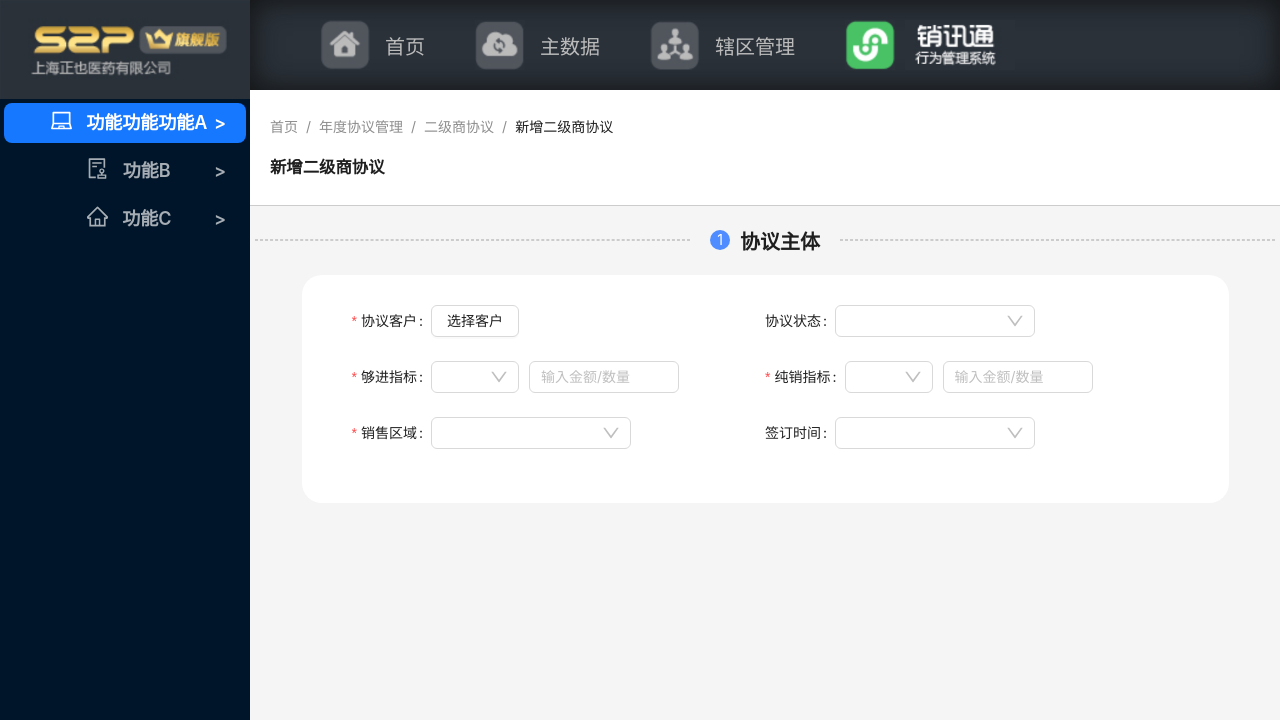
Repository: XiChips/questionB
Page: /
The author's editor kept a copy of each file at every save. The page is drawn from the files as they stood at one save, then again after the next save.
The browser window is 1280 px wide. The pictures show the whole page.
The project was rebuilt for these pictures with package versions that can differ from the ones it lists, and the page was loaded fresh each time. Also part of the build but not shown: vue.config.js.

Above is the page before, as saved 2024-02-28 12:13:02.

After the next save:
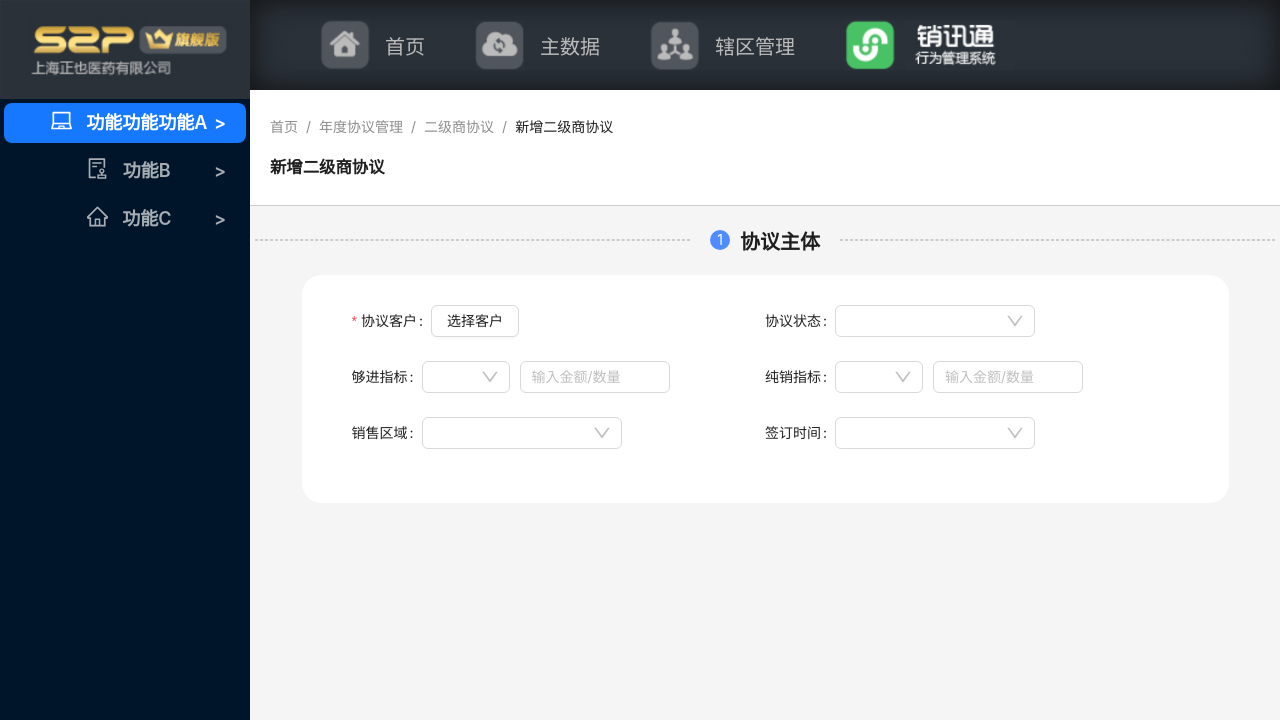
Saved 2 min 17 s later.
--- a/src/views/home.vue
+++ b/src/views/home.vue
@@ -63,17 +63,17 @@
                   </a-form-item>
                 </div>
                 <div class="line2">
-                  <a-form-item label="够进指标" :rules="[{ required: true}]">
+                  <a-form-item label="够进指标">
                     <a-select v-model:value="inputs.value3" placeholder="" style="width: 88px" :options="options3" :filter-option="filterOption" @focus="handleFocus" @blur="handleBlur" @change="handleChange"></a-select>
                     <a-input v-model:value="inputs.value3" placeholder="输入金额/数量" style="width: 150px;margin-left: 10px;"></a-input>
                   </a-form-item>
-                  <a-form-item label="纯销指标" :rules="[{ required: true}]">
+                  <a-form-item label="纯销指标">
                     <a-select v-model:value="inputs.value3" placeholder="" style="width: 88px" :options="options3" :filter-option="filterOption" @focus="handleFocus" @blur="handleBlur" @change="handleChange"></a-select>
                     <a-input v-model:value="inputs.value3" placeholder="输入金额/数量" style="width: 150px;margin-left: 10px;"></a-input>
                   </a-form-item>
                 </div>
                 <div class="line2">
-                  <a-form-item label="销售区域" :rules="[{ required: true}]">
+                  <a-form-item label="销售区域">
                     <a-select v-model:value="value" show-search placeholder="" style="width: 200px" :options="options" :filter-option="filterOption" @focus="handleFocus" @blur="handleBlur" @change="handleChange"></a-select>
                   </a-form-item>
                   <a-form-item label="签订时间">
